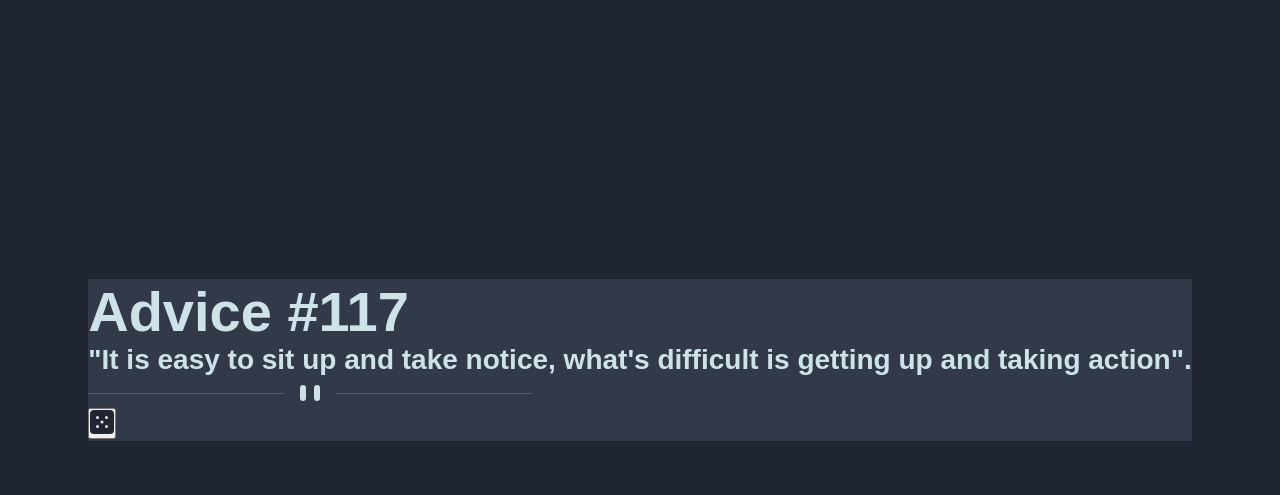
Repository: Daki-builds/advice-generator-app
Page: index.html
An editor plug-in stored every save of this project. The page is shown before and after the next save, followed by the edit.
The browser window is 1280 px wide. The pictures show the whole page.

Above is the page before, as saved 2026-10-08 18:18:11.

After the next save:
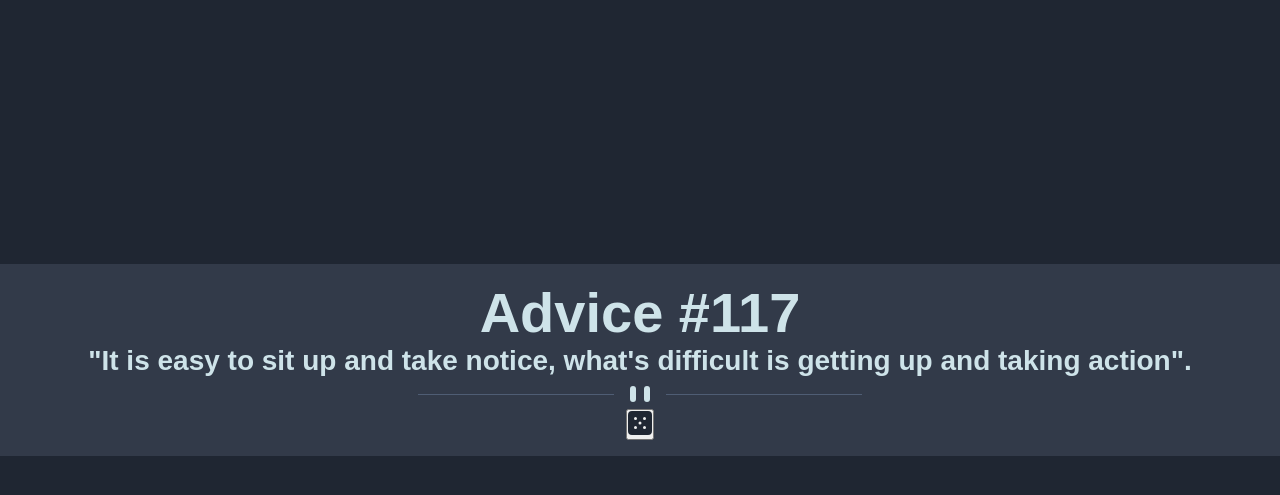
Saved 40 s later.
--- a/style.css
+++ b/style.css
@@ -30,4 +30,9 @@ body {
 
 .container {
   background-color: var(--blue-900);
+  display: flex;
+  flex-direction: column;
+  align-items: center;
+  padding: 16px;
+  width: 100%;
 }
